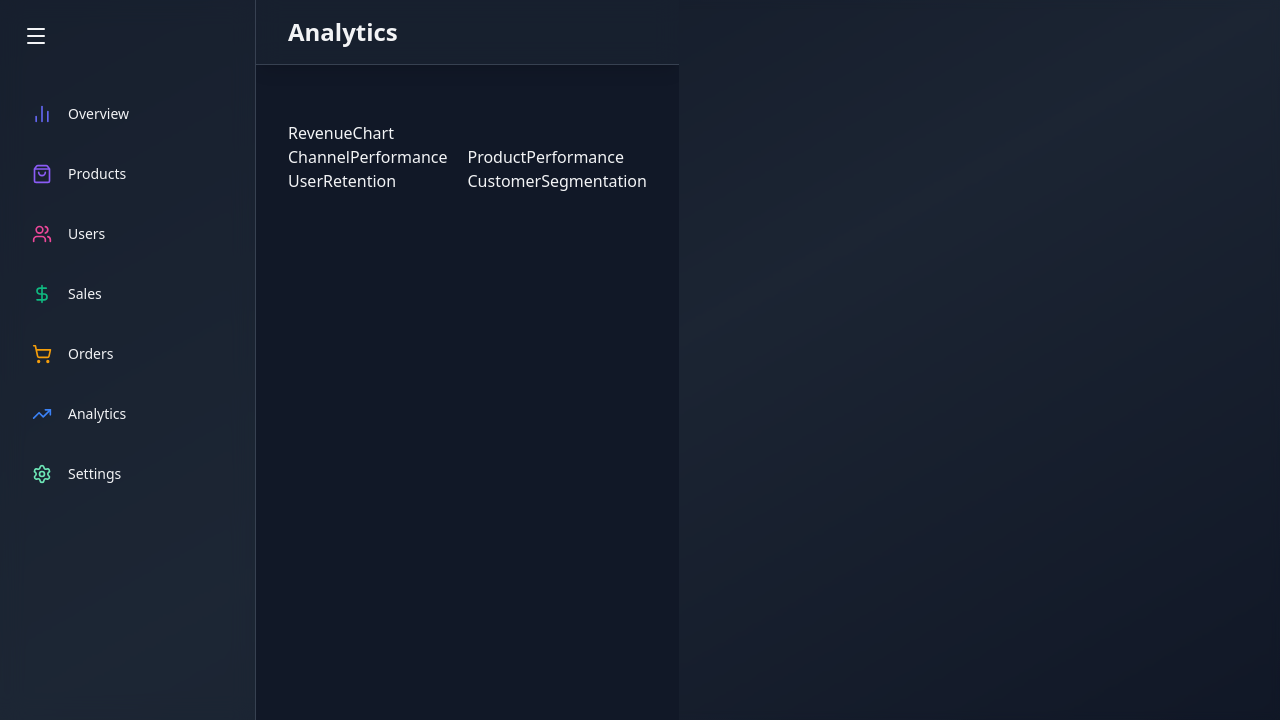
Repository: Abdirabi11/React-dashboard
Page: /analytics
An editor plug-in stored every save of this project. The page is shown before and after a run of saves, followed by the edit.
The browser window is 1280 px wide. The pictures show the whole page.
The project was rebuilt for these pictures with package versions that can differ from the ones it lists, and the page was loaded fresh each time. Also part of the build but not shown: vite.config.js, src/components/common/StatCard.jsx, src/components/overview/SalesOverviewChart.jsx, src/components/overview/CategoryDistributionChart.jsx, src/components/overview/SalesChannelChart.jsx, src/pages/OverviewPage.jsx, src/components/products/SalesTrendChart.jsx, src/components/products/ProductsTable.jsx and 15 more.

Above is the page before, as saved 2025-07-19 11:13:59.

After the next 2 saves:
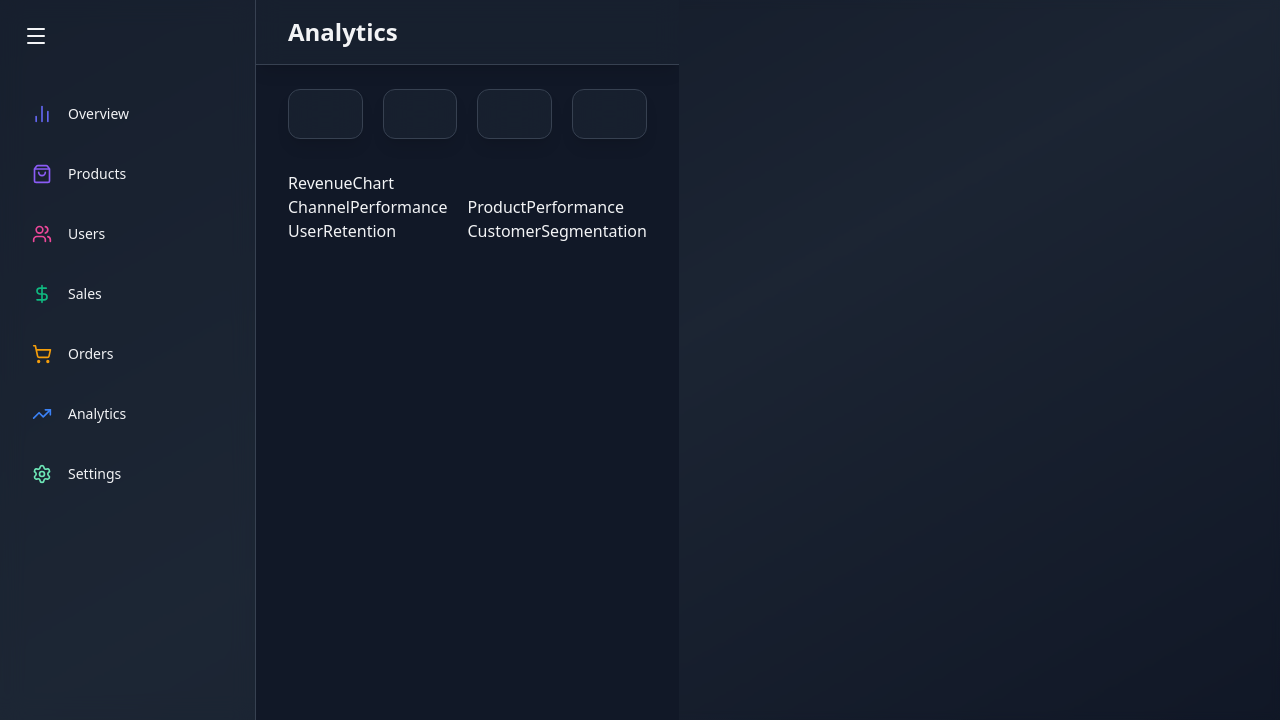
The 2 saves are shown as one change because 1 did not build or start.
The last was saved 63 s later.
--- a/src/components/analytics/OverviewCards.jsx
+++ b/src/components/analytics/OverviewCards.jsx
@@ -12,7 +12,19 @@ const overviewData = [
 const OverviewCards = () => {
   return (
     <div className="grid grid-cols-1 gap-5 sm:grid-cols-2 lg:grid-cols-4 mb-8">
+      {overviewData.map((item, index)=> (
+        <motion.div
+          key={item.name}
+          className='bg-gray-800 bg-opacity-50 backdrop-filter backdrop-blur-lg shadow-lg
+            rounded-xl p-6 border border-gray-700
+          '
+          initial={{ opacity: 0, y: 20 }}
+          animate={{ opacity: 1, y: 0 }}
+          transition={{ delay: index * 0.1 }}
+        >
 
+        </motion.div>
+      ))}
     </div>
   )
 }
